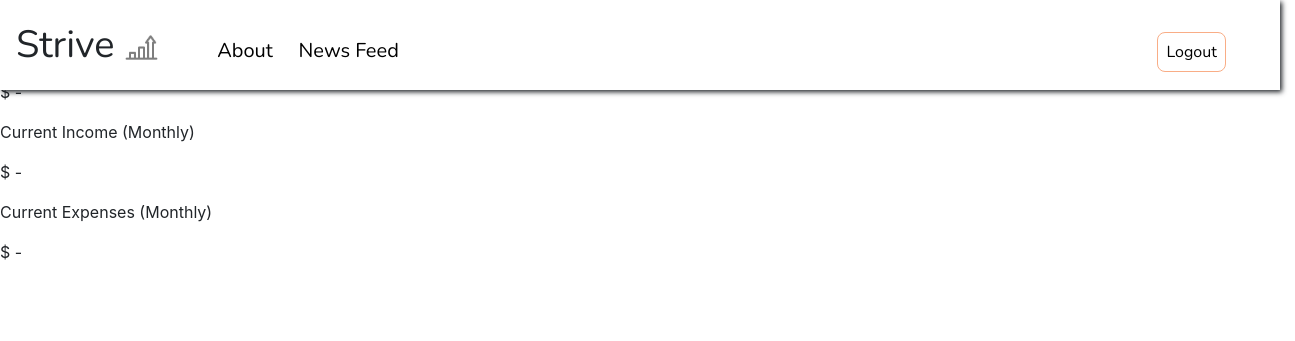
Repository: NoraOK/Strive
Page: http://localhost/strive/WEB-INF/strive/userHome.jsp
An editor plug-in stored every save of this project. The page is shown before and after the next save, followed by the edit.
The browser window is 1280 px wide. The page is 1280 px wide, then 1295 px, so the pictures cover 1295 px, including what lies to the right of the window. The pictures show the whole page.
The page is served by Tomcat 9. Nobody is signed in. The template is opened directly, without the code that normally fills it, so the values that code supplies are empty.

Above is the page before, as saved 2019-12-18 23:01:18.

After the next save:
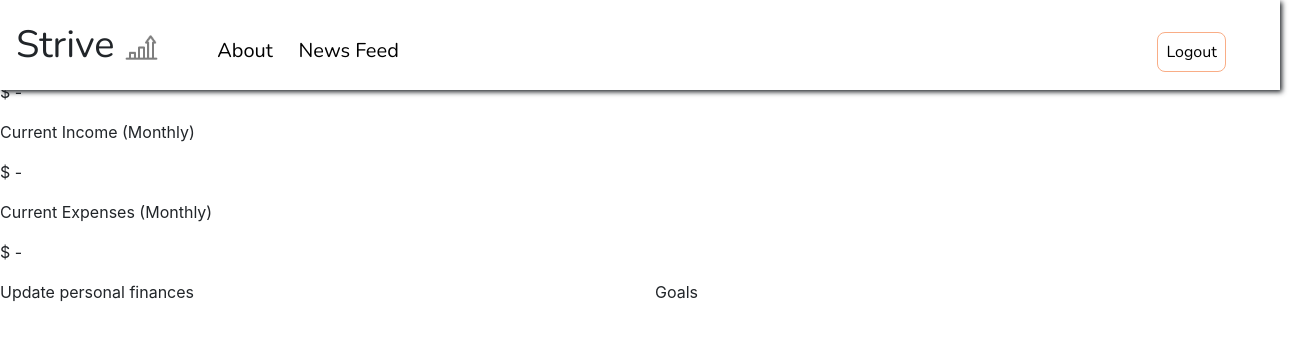
Saved 9 min 31 s later.
--- a/strive/src/main/webapp/WEB-INF/strive/userHome.jsp
+++ b/strive/src/main/webapp/WEB-INF/strive/userHome.jsp
@@ -14,11 +14,15 @@
 		<div class="info">
 			<p> Welcome User! </p>
 			<p>Current Savings</p>
-			<p>$ -</p>
+			<p>$ - </p>
 			<p>Current Income (Monthly)</p>
-			<p>$ -</p>
+			<p>$ - </p>
 			<p>Current Expenses (Monthly)</p>
-			<p>$ -</p>
+			<p>$ - </p>
+		</div>
+		<div class="row">
+			<a class="col">Update personal finances</a>
+			<a class="col">Goals</a>
 		</div>
 	</div>
 </body>
